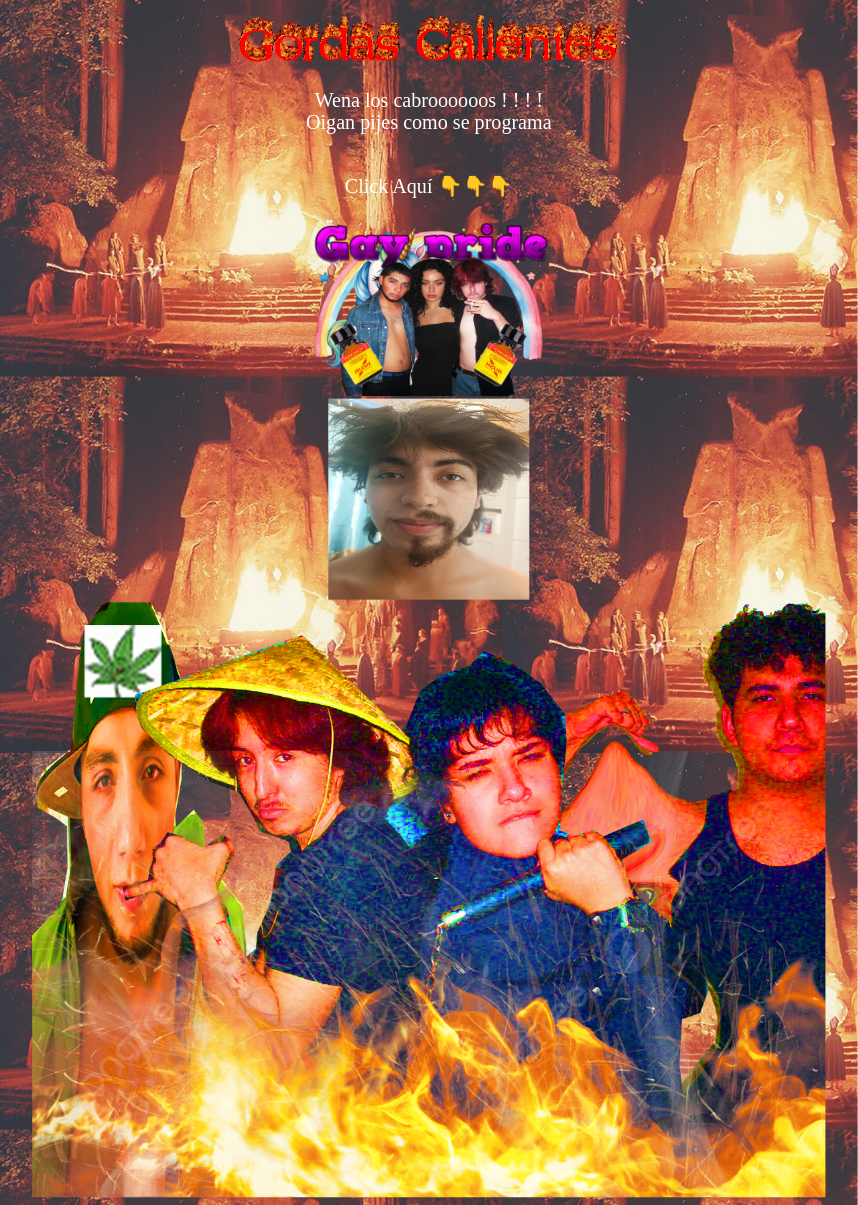
Repository: Eduloco69/crazy-website
Page: index.html
These files come from the project's save history. The page is drawn as it stood at one moment and after the next save; the edit follows.
The browser window is 1280 px wide. The pictures show the whole page, at 67% of full size.

Above is the page before, as saved 2025-06-04 00:04:59.

### index.html
<!DOCTYPE html>
<html lang="en">
<head>
    <meta charset="UTF-8">
    <meta name="viewport" content="width=device-width, initial-scale=1.0">
    <meta property="og:title" content="EduSex" />
    <meta property="og:description" content="Comanme la polla" />
    <meta property="og:image" content="src/E43E82A3-8955-4C5C-9331-0861A042E956.JPEG" />

    <link rel="stylesheet" href="styles/style.css">
    <link rel="stylesheet" href="styles/index.css">
    <title>El sitio mas vio de $hile</title>
</head>
<body>
    <img id="titulo" src="src/title_gordas.gif" alt="">

    <p style="font-family: 'Comic Sans MS'; font-size: 30px; color: white;">
        Wena los cabroooooos ! ! ! !
        <br>
        Oigan pijes como se programa
    </p>
    <div>
        <p style="font-family: 'Comic Sans MS'; font-size: 30px; color: white;">Click Aquí 👇👇👇</p>
        <a href="gay.html">
            <img src="src/gay_pride.png" alt="" width="30%" height="30%">
        </a>
    </div>
    <div>
        <img src="src/ADAC2544-2AE6-4C0D-8F05-14998BBBDF3E.JPEG" alt="" width="300px" height="300px">
    </div>
    <div>
        <img src="src/hard_footer.png" alt="">
    </div>
</body>
<footer>
</footer>
</html>

### styles/style.css


body {
  flex-direction: column;
  align-items: center;
  justify-content: center;
  text-align: center;
}

### styles/index.css
html {
  cursor: url('../src/cursor.ico'), default;
}

body {
    background-image: url("../src/bg.jpg") ;display: flex;
}

After the next save:
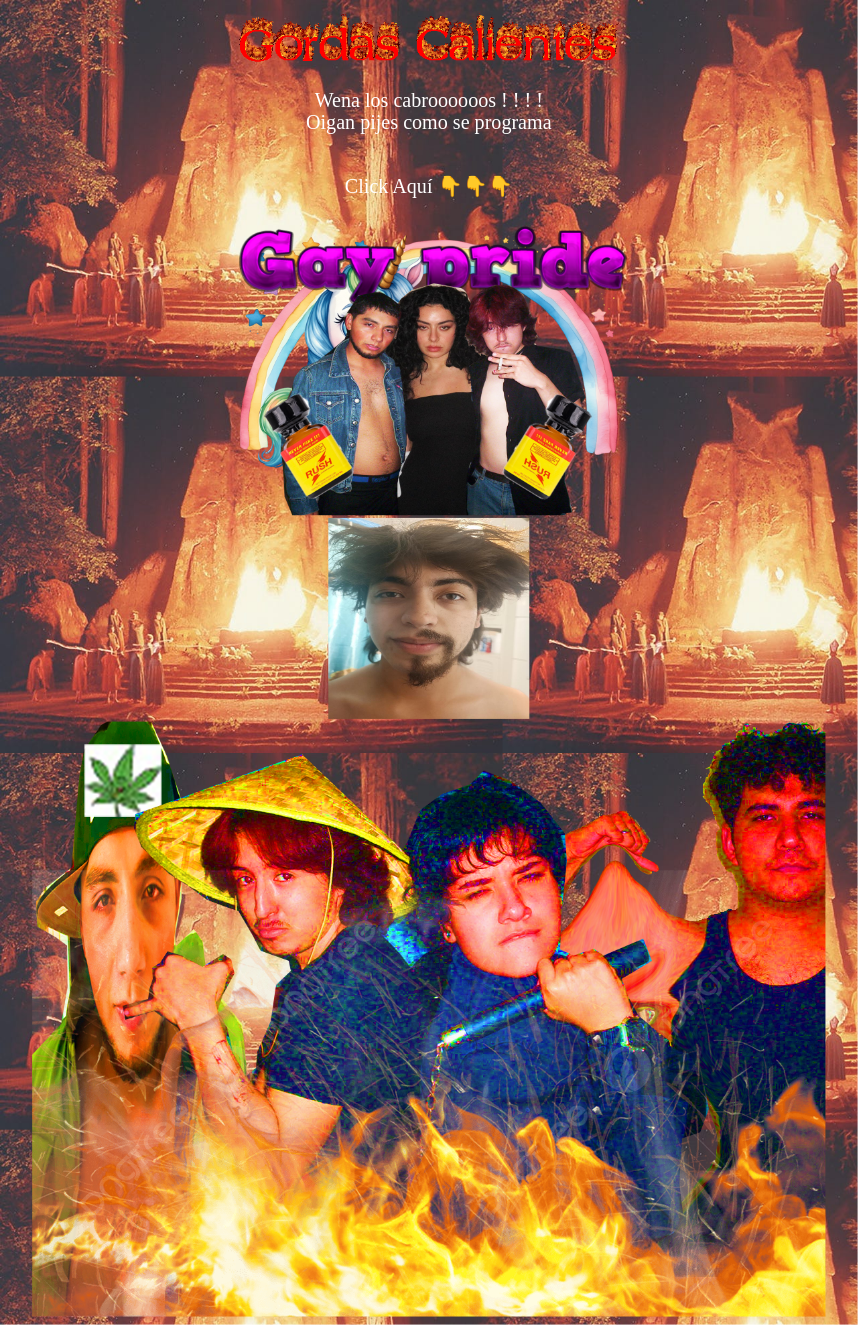
Saved 13 s later.
--- a/index.html
+++ b/index.html
@@ -22,7 +22,7 @@
     <div>
         <p style="font-family: 'Comic Sans MS'; font-size: 30px; color: white;">Click Aquí 👇👇👇</p>
         <a href="gay.html">
-            <img src="src/gay_pride.png" alt="" width="30%" height="30%">
+            <img src="src/gay_pride.png" alt="" width="50%" height="30%">
         </a>
     </div>
     <div>
